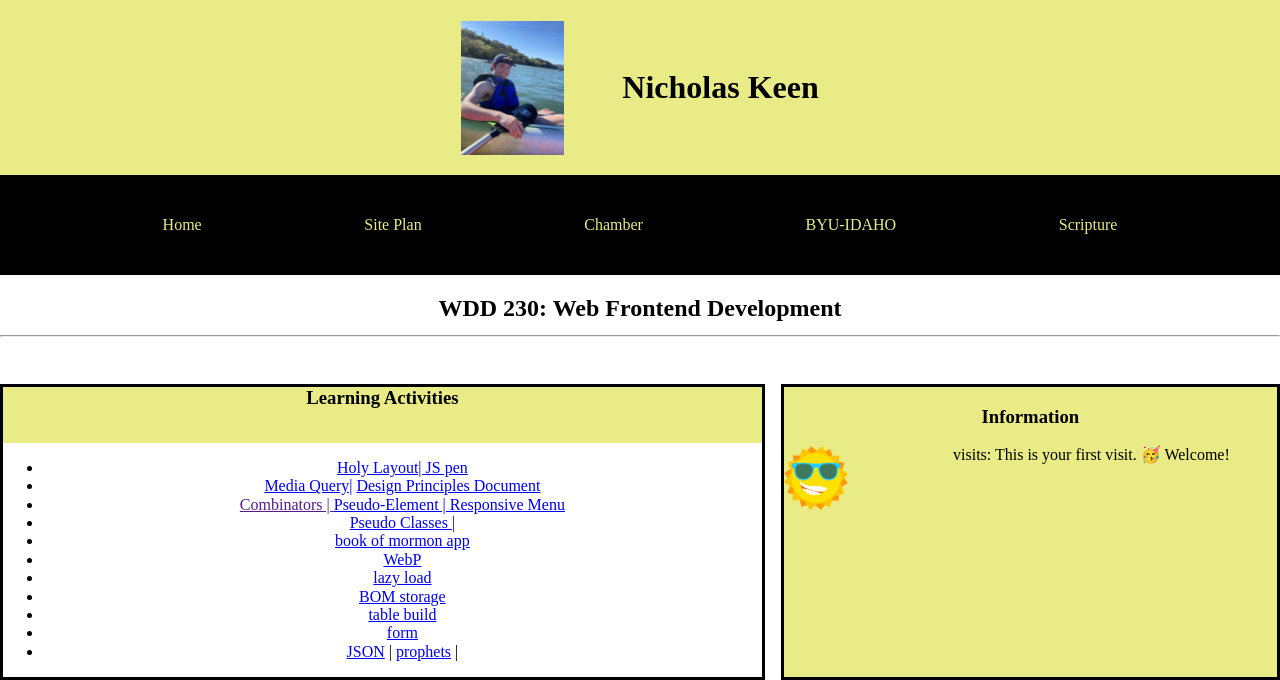
Repository: nak97/WDD230
Page: index.html
These files come from the project's save history. The page is drawn as it stood at one moment and after the next save; the edit follows.
The browser window is 1280 px wide. The pictures show the part of the page from y = 0 to 680 px (the page is 1269 px tall).
Pictures or frames that could not be fetched are drawn as grey boxes. Some icons come from a web library that is not loaded, so they are not drawn. The page's requests for data from a server got no answer. Some web libraries are served in a nearby version.

Above is the page before, as saved 2023-11-16 13:31:59.

### index.html
<!DOCTYPE html>
<html lang="en-US">
<head>
  <meta charset="UTF-8">
  <meta name="viewport" content="width=device-width, initial-scale=1.0">
  <title>Nick Keen - WDD 230 - Web Frontend Development</title>
  <meta name="description" content="WDD 230 - Nicholas Keen  - Web Frontend Development projects">
  <meta name="author" content="Nicholas Keen">
  <link rel="stylesheet" href="./styles/normalize.css">
  <link rel="stylesheet" href="./styles/base.css">
  <link rel="stylesheet" href="./styles/media.css">
  <link rel="icon" href="favicon.ico">
  <meta property="og:title" content="facebook"/>
  <meta property="og:type" content="website" />
  <meta property="og:url" content="facebook.com" />
  <meta property="og:image" content="images/facebook-meta-tag-pic.png" />
</head>
<body>

  <header>
    <button type="button" id="menu" ><i class="fa-regular fa-bars"></i></button>
    <img src="images/Snapchat-1695523002.jpg" alt="img">
    <h1>
      Nicholas Keen
    </h1>
  </header>
  <nav class="navigation" >

    <a href="#">Home</a>
    <a href="./lesson03/chamber-site-plan.html" target="_blank">Site Plan</a>
    <a href="chamber/index.html" target="_blank">Chamber</a>
    <a href="https://www.byui.edu/" target="_blank">BYU-IDAHO</a>
    <a href="https://www.churchofjesuschrist.org/study/scriptures/bofm/alma/27?lang=eng&id=p18#p18" target="_blank">Scripture</a>
  </nav>

  <main>
    <h2 class="title">
      WDD 230: Web Frontend Development
      <hr>
    </h2>

    <section class="card card-1">
      <h3> Learning Activities </h3>
      <ul>
        <li>
          <a href="#"> Holy Layout| </a> <a href="#">JS pen</a>
        </li>
        <li>
          <a href="#"> Media Query|</a> <a href="./lesson02/design-principles.html" target="_blank">Design Principles Document</a>
        </li>
        <li>
          <a href="">Combinators | </a> <a href="https://codepen.io/blazzard-jason/pen/LYjLRqN">Pseudo-Element | </a> <a href="https://codepen.io/nak97/pen/LYMmWJq">Responsive Menu</a>
        </li>
        <li>
          <a href="https://codepen.io/nak97/pen/BavqOoJ">Pseudo Classes | </a>
        </li>
        <li>
          <a href="./lesson05/bom.html">book of mormon app</a>
        </li>
        <li>
          <a href="./lesson03/images/landscape.webp">WebP</a>
        </li>
        <li>
          <a href="./lesson03/lazy-loading/lazy-load.html"> lazy load</a>
        </li>
        <li>
          <a href="./local-storage/bom-storage.html">BOM storage</a>
        </li>
        <li>
          <a href="./lesson08/tablebuild.html"> table build</a>
        </li>
        <li>
          <a href="./form.html">form</a>
        </li>

        <li>
          <a href="./lesson09/new-ward-members.json">JSON</a> |  <a href="./lesson09/prophets.html">prophets</a> | <a href=""></a>
        </li>
      </ul>
    </section>

    <section class="card card-2">
      <h3>
        Information
      </h3>

      <img src="./images/sun-5277491_640.webp" alt="sun" class="sun">
      <div><span class="label"> </span> visits: <span class="visits"></span></div>
      <div id="weather-info"> </div>
      <div id="temperature"></div>



    </section>


  </main>

  <iframe src="https://www.google.com/maps/embed?pb=!1m18!1m12!1m3!1d54988.89090360679!2d-97.71421805902354!3d30.52653335449952!2m3!1f0!2f0!3f0!3m2!1i1024!2i768!4f13.1!3m3!1m2!1s0x8644d1a4ed2d22e7%3A0x7217259ede04b10!2sRound%20Rock%2C%20TX!5e0!3m2!1sen!2sus!4v1695938363198!5m2!1sen!2sus" width="600r" height="450" style="border:0;" allowfullscreen="" loading="lazy" referrerpolicy="no-referrer-when-downgrade"></iframe>

  <footer>
    <p>
      <i class="fa-sharp fa-light fa-copyright"></i>2023
    </p>
   <p>
    Nicholas Keen Texas <br>
   </p>

   <p id="lastModified">

   </p>

  </footer>
  <script src="./scripts/windChill.js"></script>
  <script src="./scripts/vist.js"></script>
  <script src="./scripts/getdates.js"></script>
  <script src="./scripts/menu.js"></script>
  <script src="https://kit.fontawesome.com/615002bc5f.js" crossorigin="anonymous"></script>
<script src="./scripts/links.js"></script>
</body>
</html>

### styles/base.css
body{
  text-align: center;
  text-decoration: none;
}

button {
  display: none;
}
header {
  display: flex;
    justify-content: center;
    margin-top: auto;
    margin-bottom: auto;
    margin-right: auto;
    margin-left: auto;
    width: 100%;
    background-color: #E9EB87;
    height: 10.9375rem;
}
header h1 {
  margin-top: auto;
  margin-bottom: auto;
}
img{
  height: 8.375rem;
  width: 6.4375rem;
  margin-right: 3.625rem;
  margin-top: auto;
  margin-bottom: auto;
}
nav {
  display: flex;
  background-color: black;
  width: 100%;
  height: 6.25rem;
  justify-content: space-evenly;
  align-items: center;
}

.title {
  grid-area: title ;
}

nav a {
  color: #E9EB87;
  text-decoration: none;
}
hr {width: 28.9375}

.sun  {
  width: 4rem;
  height: 4rem;
  float: left;
}
main {
  display: grid !important;
  grid-template-rows: .1fr 1fr;
  justify-content: center;
  grid-template-columns: 1fr .5fr 1fr;
  grid-template-areas:
  " title title title"
  "card-1 card-1 card-2";
  grid-gap: 1rem;

}

.card-1 {
 grid-area: card-1;

}
.card-1 h3{
background-color: #E9EB87;
margin: 0;
padding-bottom: 2.125rem;
}

.card-2 {
  background-color: #E9EB87;
  grid-area: card-2;
}
.card {

  border: black 3px solid;
}

footer {
  display: flex;
  margin-top: 1.75rem;
  max-width: 62.0625rem;
  margin-left: auto;
  margin-right: auto;
  justify-content: center;
  border: 0.1875rem black solid;
  height: 4.375rem;
  background-color: #E9EB87;

}

iframe {
  width: 37.5rem;
  height: 30rem;
}

.fa-sharp fa-light fa-copyright {
  color: #050505;
}

### styles/media.css
@media screen and (max-width: 578px) {
  body{
    text-align: center;
    text-decoration: none;
  }

  nav {
    display: none !important;

  }
   main {
     grid-template-areas:
     " title"
     " card-1"
     " card-2";
     grid-template-columns: 1fr ;
     margin-bottom: 1rem;
  }

  iframe {
      width: 22.5rem;

  }

button {
  position: absolute;
  right: 1rem;
  display: block;
}

}

### scripts/windChill.js
// const element = document.getElementById("weather-info");
// document.getElementById("temperature").innerHTML = "Temperature: 100 F";
// document.getElementById("wind-speed").innerHTML = "wind speed: 10 mph";



// const windChill = 35.74 + 0.6215 * 100 - 35.75 * (10**0.16)


// document.getElementById("wind-chill").textContent = "Wind Chill: "+ windChill;

### scripts/vist.js
const visitsDisplay = document.querySelector(".visits");

let numVisits = Number(window.localStorage.getItem("numVisits-ls")) || 0;

if (numVisits !== 0){
  visitsDisplay.textContent = numVisits;
} else {
  visitsDisplay.textContent = 'This is your first visit. 🥳 Welcome! ';

}

numVisits++;
localStorage.setItem("numVisits-ls", numVisits);

### scripts/getdates.js
var date = document.lastModified;
document.getElementById("lastModified").innerHTML = "The document was last modified on : " + date;

### scripts/menu.js
const hamButton = document.querySelector("#menu");
const navigation = document.querySelector('.navigation');

hamButton.addEventListener('click', () => {
	navigation.classList.toggle('open');
	hamButton.classList.toggle('open');
});

### scripts/links.js
const baseURL = "https://nak97.github.io/wdd230/";

const linksURL = "https://nak97.github.io/wdd230/data/links.json"

async function getLinks(){
  const response = await fetch(linksURL);
  const data = await response.json();
  displayLinks(data)
}
getLinks();

Loaded but not shown: styles/normalize.css (library)

After the next save:
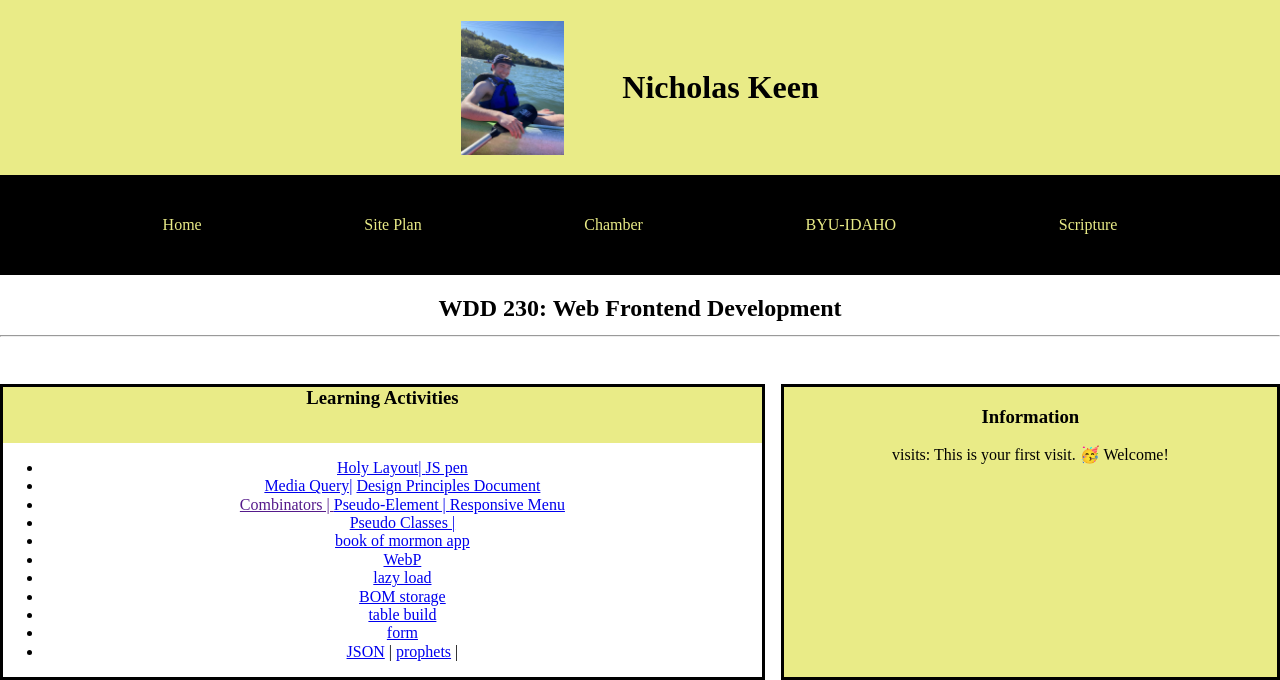
Saved 26 s later.
--- a/index.html
+++ b/index.html
@@ -83,8 +83,6 @@
       <h3>
         Information
       </h3>
-
-      <img src="./images/sun-5277491_640.webp" alt="sun" class="sun">
       <div><span class="label"> </span> visits: <span class="visits"></span></div>
       <div id="weather-info"> </div>
       <div id="temperature"></div>
